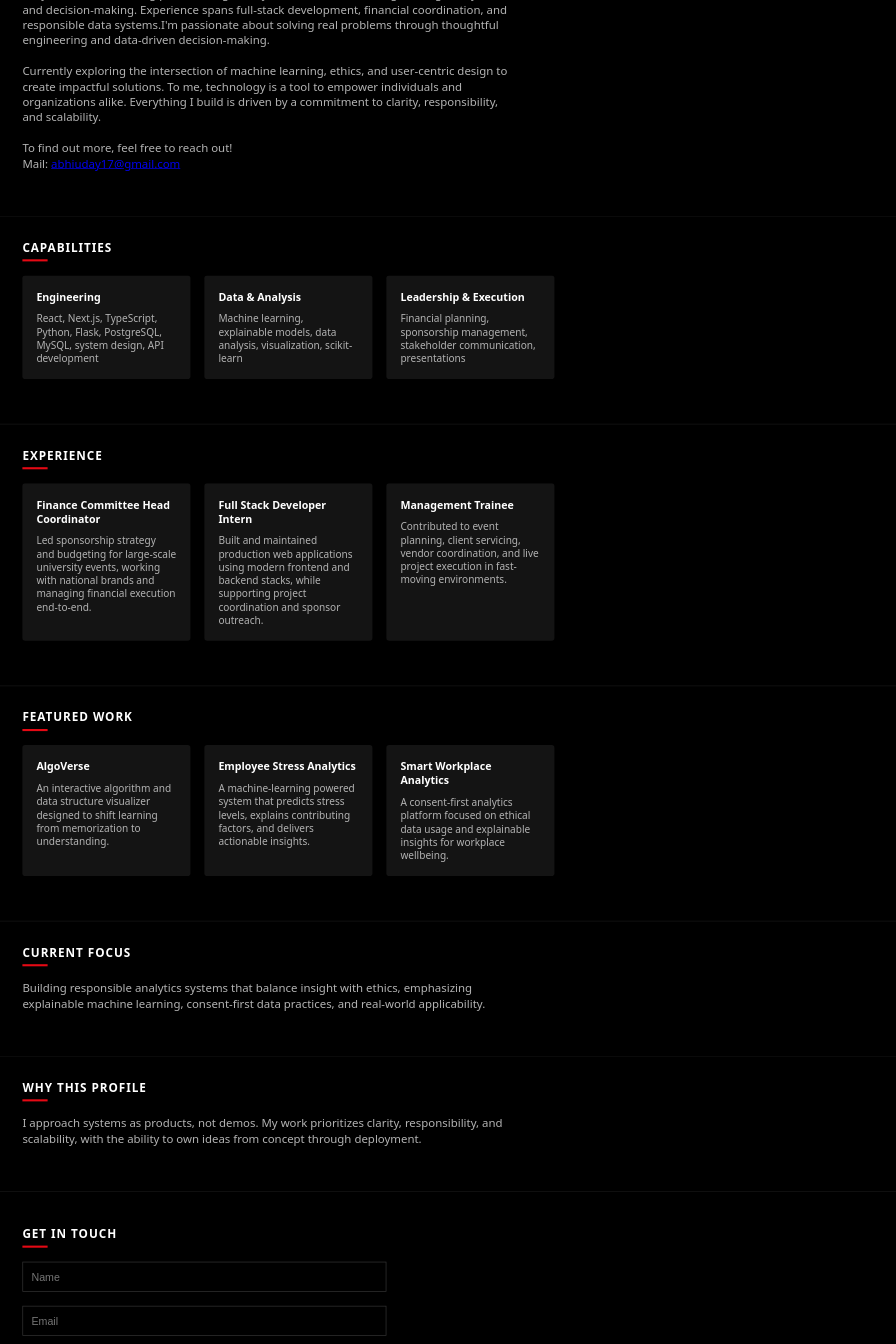
Repository: PratapOP/main-portfolio
Page: / (app in frontend/)
These files come from the project's save history. The page is drawn as it stood at one moment and after the next save; the edit follows.
The browser window is 1280 px wide. The pictures show the part of the page from y = 818 to 2738 px (the page is 2998 px tall before and 3020 px after), at 70% of full size.
The project was rebuilt for these pictures with package versions that can differ from the ones it lists, and the page was loaded fresh each time. Also part of the build but not shown: frontend/vite.config.js.

Above is the page before, as saved 2026-01-01 18:56:58.

### frontend/index.html
<!DOCTYPE html>
<html lang="en">
  <head>
    <meta charset="UTF-8" />

    <!-- Viewport for responsive layout -->
    <meta name="viewport" content="width=device-width, initial-scale=1.0" />

    <!--
      Title intentionally minimal and authoritative.
      This is the first identity signal recruiters see.
    -->
    <title>Abhiuday Pratap Singh</title>

    <!--
      Force dark background before React loads
      Prevents white flash and preserves cinematic feel
    -->
    <style>
      html,
      body {
        margin: 0;
        padding: 0;
        background-color: #0b0b0b;
      }
    </style>
  </head>

  <body>
    <!-- React mounts here -->
    <div id="root"></div>

    <!-- React entry point -->
    <script type="module" src="/src/main.jsx"></script>
  </body>
</html>

### frontend/src/App.jsx
import React, { useEffect } from "react";
import "./styles.css";
import {
  HeroSection,
  AboutSection,
  SkillsSection,
  ExperienceSection,
  ProjectsSection,
  TrendingSection,
  WhyHireMeSection,
  ContactSection
} from "./sections";

function App() {
  useEffect(() => {
    document.documentElement.style.scrollBehavior = "smooth";
  }, []);

  return (
    <div className="app-root">
      <HeroSection />
      <AboutSection />
      <SkillsSection />
      <ExperienceSection />
      <ProjectsSection />
      <TrendingSection />
      <WhyHireMeSection />
      <ContactSection />
    </div>
  );
}

export default App;

### frontend/src/styles.css
    /* ============================================================
    GLOBAL RESET & STREAMING COLOR SYSTEM
    ============================================================ */

    * {
    margin: 0;
    padding: 0;
    box-sizing: border-box;
    }

    :root {
    /* Core streaming palette */
    --bg-primary: #000000;
    --bg-card: #141414;

    --text-primary: #ffffff;
    --text-muted: #b3b3b3;

    --accent: #e50914;

    /* Controlled spacing scale (reduced) */
    --xs: 6px;
    --sm: 12px;
    --md: 20px;
    --lg: 32px;
    --xl: 48px;
    --xxl: 80px;
    }

    html,
    body {
    background-color: var(--bg-primary);
    color: var(--text-primary);
    font-family: system-ui, -apple-system, BlinkMacSystemFont,
        "Segoe UI", Roboto, Helvetica, Arial, sans-serif;

    overflow-x: hidden; /* absolutely no horizontal scroll */
    }

    /* ============================================================
    APP ROOT
    ============================================================ */

    .app-root {
    width: 100%;
    overflow-x: hidden;
    }

    /* ============================================================
    HERO (FEATURED BANNER)
    ============================================================ */

    .hero {
    min-height: 90vh;
    display: flex;
    align-items: center;
    }

    .hero-inner {
    padding-left: var(--lg);
    padding-right: var(--lg);
    max-width: 820px;
    }

    .hero-title {
    font-size: clamp(3rem, 5vw, 4.6rem);
    font-weight: 800;
    letter-spacing: -0.03em;
    margin-bottom: var(--sm);
    }

    .hero-subtitle {
    font-size: 1.05rem;
    color: var(--text-muted);
    max-width: 560px;
    }

    /* ============================================================
    SECTION STRUCTURE (FIXED SPACING)
    ============================================================ */

    .section {
    padding: var(--lg) 0;
    }

    .section-inner {
    padding-left: var(--lg);
    padding-right: var(--lg);
    }

    /* Mobile safety — prevent edge sticking */
    @media (max-width: 768px) {
    .section-inner,
    .hero-inner {
        padding-left: var(--md);
        padding-right: var(--md);
    }
    }

    /* ============================================================
    SECTION TITLES (STREAMING STYLE)
    ============================================================ */

    .section-title {
    font-size: 1.05rem;
    font-weight: 600;
    letter-spacing: 0.08em;
    text-transform: uppercase;

    color: var(--text-primary);
    margin-bottom: var(--md);
    position: relative;
    }

    .section-title::after {
    content: "";
    display: block;
    width: 36px;
    height: 3px;
    background-color: var(--accent);
    margin-top: var(--xs);
    }

    /* ============================================================
    TEXT BLOCKS
    ============================================================ */

    .section-text {
    max-width: 700px;
    font-size: 1.02rem;
    color: var(--text-muted);
    margin-bottom: var(--lg);
    }

    /* ============================================================
    STREAMING ROWS (HORIZONTAL)
    ============================================================ */

    .row {
    display: flex;
    gap: var(--md);
    overflow-x: auto;

    padding-left: var(--lg);
    padding-right: var(--lg);
    padding-bottom: var(--lg);

    scroll-snap-type: x mandatory;
    overscroll-behavior-x: contain;
    }

    .row::-webkit-scrollbar {
    display: none;
    }

    /* ============================================================
    CARDS (CONTENT TILES)
    ============================================================ */

    .card {
    background-color: var(--bg-card);
    min-width: 240px;
    max-width: 240px;

    padding: var(--md);
    border-radius: 4px;

    scroll-snap-align: start;

    transition:
        transform 0.25s ease,
        box-shadow 0.25s ease;
    }

    .card h3 {
    font-size: 0.95rem;
    font-weight: 600;
    margin-bottom: var(--sm);
    }

    .card p {
    font-size: 0.9rem;
    color: var(--text-muted);
    }

    /* Hover — sharp, not floaty */
    .card:hover {
    transform: scale(1.06);
    box-shadow: 0 16px 32px rgba(0, 0, 0, 0.7);
    z-index: 2;
    }

    /* ============================================================
    CONTACT SECTION
    ============================================================ */

    .contact {
    padding-top: var(--xl);
    padding-bottom: var(--xxl);
    }

    .contact-form {
    max-width: 520px;
    display: flex;
    flex-direction: column;
    gap: var(--md);
    }

    .contact-form input,
    .contact-form textarea {
    background-color: #000000;
    border: 1px solid #333333;
    color: var(--text-primary);

    padding: var(--sm);
    font-size: 0.95rem;
    }

    .contact-form input:focus,
    .contact-form textarea:focus {
    outline: none;
    border-color: var(--accent);
    }

    .contact-form button {
    margin-top: var(--sm);
    background-color: var(--accent);
    color: #ffffff;

    border: none;
    padding: var(--sm);
    font-size: 0.95rem;
    cursor: pointer;

    transition: opacity 0.2s ease;
    }

    .contact-form button:hover {
    opacity: 0.85;
    }

    /* ============================================================
    FINAL SECTION SEPARATION (SUBTLE)
    ============================================================ */

    .section:not(:first-of-type) {
    border-top: 1px solid rgba(255, 255, 255, 0.08);
    }

### frontend/src/sections.jsx
    /**
     * ============================================================
     * sections.jsx — Sections with Titles & Hierarchy
     * ============================================================
     */

    import React from "react";
    import { motion } from "framer-motion";
    import {
    sectionFade,
    staggerContainer,
    cardFade
    } from "./motion";

    /* ============================================================
    FEATURED
    ============================================================ */

    export function HeroSection() {
    return (
        <motion.section
        className="section hero"
        variants={sectionFade}
        initial="hidden"
        animate="visible"
        >
        <div className="hero-inner">
            <h1 className="hero-title">Abhiuday Pratap Singh</h1>
            <p className="hero-subtitle">
            Think System, Not People.
            <br />
            </p>
        </div>
        </motion.section>
    );
    }

    /* ============================================================
    POSITIONING
    ============================================================ */

    export function AboutSection() {
    return (
        <motion.section
        className="section"
        variants={sectionFade}
        initial="hidden"
        whileInView="visible"
        viewport={{ once: true }}
        >
        <div className="section-inner">
            <h2 className="section-title">Positioning</h2>
            <p className="section-text">
            Currently doing Bachelors in Information Technology at Jaypee University
            of Information Technology
            <br/><br/>
            Fully focused on building production-grade
            systems that combine engineering, analytics, and decision-making.
            Experience spans full-stack development, financial coordination,
            and responsible data systems.I'm passionate about solving real problems through thoughtful engineering and data-driven decision-making.
            <br/><br/>
            Currently exploring the intersection of machine learning, ethics, and user-centric design to create impactful solutions.
            To me, technology is a tool to empower individuals and organizations alike.
            Everything I build is driven by a commitment to clarity, responsibility, and scalability.
            <br/><br/>
            To find out more, feel free to reach out!
            <br/>
            Mail: <a href="mailto:abhiuday17@gmail.com">abhiuday17@gmail.com</a>
            <br/>

            </p>
        </div>
        </motion.section>
    );
    }

    /* ============================================================
    CAPABILITIES
    ============================================================ */

    export function SkillsSection() {
    const skills = [
        {
        title: "Engineering",
        text:
            "React, Next.js, TypeScript, Python, Flask, PostgreSQL, MySQL, system design, API development"
        },
        {
        title: "Data & Analysis",
        text:
            "Machine learning, explainable models, data analysis, visualization, scikit-learn"
        },
        {
        title: "Leadership & Execution",
        text:
            "Financial planning, sponsorship management, stakeholder communication, presentations"
        }
    ];

    return (
        <motion.section
        className="section"
        variants={sectionFade}
        initial="hidden"
        whileInView="visible"
        viewport={{ once: true }}
        >
        <div className="section-inner">
            <h2 className="section-title">Capabilities</h2>
        </div>

        <motion.div
            className="row"
            variants={staggerContainer}
            initial="hidden"
            whileInView="visible"
            viewport={{ once: true }}
        >
            {skills.map((item, index) => (
            <motion.div className="card" variants={cardFade} key={index}>
                <h3>{item.title}</h3>
                <p>{item.text}</p>
            </motion.div>
            ))}
        </motion.div>
        </motion.section>
    );
    }

    /* ============================================================
    EXPERIENCE
    ============================================================ */

    export function ExperienceSection() {
    const roles = [
        {
        title: "Finance Committee Head Coordinator",
        text:
            "Led sponsorship strategy and budgeting for large-scale university events, working with national brands and managing financial execution end-to-end."
        },
        {
        title: "Full Stack Developer Intern",
        text:
            "Built and maintained production web applications using modern frontend and backend stacks, while supporting project coordination and sponsor outreach."
        },
        {
        title: "Management Trainee",
        text:
            "Contributed to event planning, client servicing, vendor coordination, and live project execution in fast-moving environments."
        }
    ];

    return (
        <motion.section
        className="section"
        variants={sectionFade}
        initial="hidden"
        whileInView="visible"
        viewport={{ once: true }}
        >
        <div className="section-inner">
            <h2 className="section-title">Experience</h2>
        </div>

        <motion.div
            className="row"
            variants={staggerContainer}
            initial="hidden"
            whileInView="visible"
            viewport={{ once: true }}
        >
            {roles.map((item, index) => (
            <motion.div className="card" variants={cardFade} key={index}>
                <h3>{item.title}</h3>
                <p>{item.text}</p>
            </motion.div>
            ))}
        </motion.div>
        </motion.section>
    );
    }

    /* ============================================================
    PROJECTS
    ============================================================ */

    export function ProjectsSection() {
    const projects = [
        {
        title: "AlgoVerse",
        text:
            "An interactive algorithm and data structure visualizer designed to shift learning from memorization to understanding."
        },
        {
        title: "Employee Stress Analytics",
        text:
            "A machine-learning powered system that predicts stress levels, explains contributing factors, and delivers actionable insights."
        },
        {
        title: "Smart Workplace Analytics",
        text:
            "A consent-first analytics platform focused on ethical data usage and explainable insights for workplace wellbeing."
        }
    ];

    return (
        <motion.section
        className="section"
        variants={sectionFade}
        initial="hidden"
        whileInView="visible"
        viewport={{ once: true }}
        >
        <div className="section-inner">
            <h2 className="section-title">Featured Work</h2>
        </div>

        <motion.div
            className="row"
            variants={staggerContainer}
            initial="hidden"
            whileInView="visible"
            viewport={{ once: true }}
        >
            {projects.map((item, index) => (
            <motion.div className="card" variants={cardFade} key={index}>
                <h3>{item.title}</h3>
                <p>{item.text}</p>
            </motion.div>
            ))}
        </motion.div>
        </motion.section>
    );
    }

    /* ============================================================
    CURRENT FOCUS
    ============================================================ */

    export function TrendingSection() {
    return (
        <motion.section
        className="section"
        variants={sectionFade}
        initial="hidden"
        whileInView="visible"
        viewport={{ once: true }}
        >
        <div className="section-inner">
            <h2 className="section-title">Current Focus</h2>
            <p className="section-text">
            Building responsible analytics systems that balance insight with ethics,
            emphasizing explainable machine learning, consent-first data practices,
            and real-world applicability.
            </p>
        </div>
        </motion.section>
    );
    }

    /* ============================================================
    WHY THIS PROFILE
    ============================================================ */

    export function WhyHireMeSection() {
    return (
        <motion.section
        className="section"
        variants={sectionFade}
        initial="hidden"
        whileInView="visible"
        viewport={{ once: true }}
        >
        <div className="section-inner">
            <h2 className="section-title">Why This Profile</h2>
            <p className="section-text">
            I approach systems as products, not demos. My work prioritizes clarity,
            responsibility, and scalability, with the ability to own ideas from
            concept through deployment.
            </p>
        </div>
        </motion.section>
    );
    }

    /* ============================================================
    CONTACT
    ============================================================ */

    export function ContactSection() {
    return (
        <motion.section
        className="section contact"
        variants={sectionFade}
        initial="hidden"
        whileInView="visible"
        viewport={{ once: true }}
        >
        <div className="section-inner">
            <h2 className="section-title">Get in Touch</h2>
            <form className="contact-form">
            <input type="text" placeholder="Name" />
            <input type="email" placeholder="Email" />
            <textarea placeholder="Message" rows="4" />
            <button type="submit">Send</button>
            </form>
        </div>
        </motion.section>
    );
    }

### frontend/src/motion.js
    /**
     * ============================================================
     * motion.js — Centralized Motion Presets
     * ============================================================
     *
     * Responsibilities:
     * - Define reusable animation variants
     * - Keep motion subtle, slow, and cinematic
     * - Avoid per-component animation duplication
     *
     * Framer Motion is used intentionally and sparingly.
     * ============================================================
     */

    /* ============================================================
    Section Fade-In (used when section enters viewport)
    ============================================================ */

    export const sectionFade = {
    hidden: {
        opacity: 0,
        y: 40
    },
    visible: {
        opacity: 1,
        y: 0,
        transition: {
        duration: 0.8,
        ease: [0.22, 1, 0.36, 1] // smooth, cinematic easing
        }
    }
    };

    /* ============================================================
    Card Stagger Container
    ============================================================ */

    export const staggerContainer = {
    hidden: {},
    visible: {
        transition: {
        staggerChildren: 0.12
        }
    }
    };

    /* ============================================================
    Individual Card Animation
    ============================================================ */

    export const cardFade = {
    hidden: {
        opacity: 0,
        y: 20
    },
    visible: {
        opacity: 1,
        y: 0,
        transition: {
        duration: 0.6,
        ease: [0.22, 1, 0.36, 1]
        }
    }
    };

Loaded but not shown: frontend/src/main.jsx (common file)

After the next save:
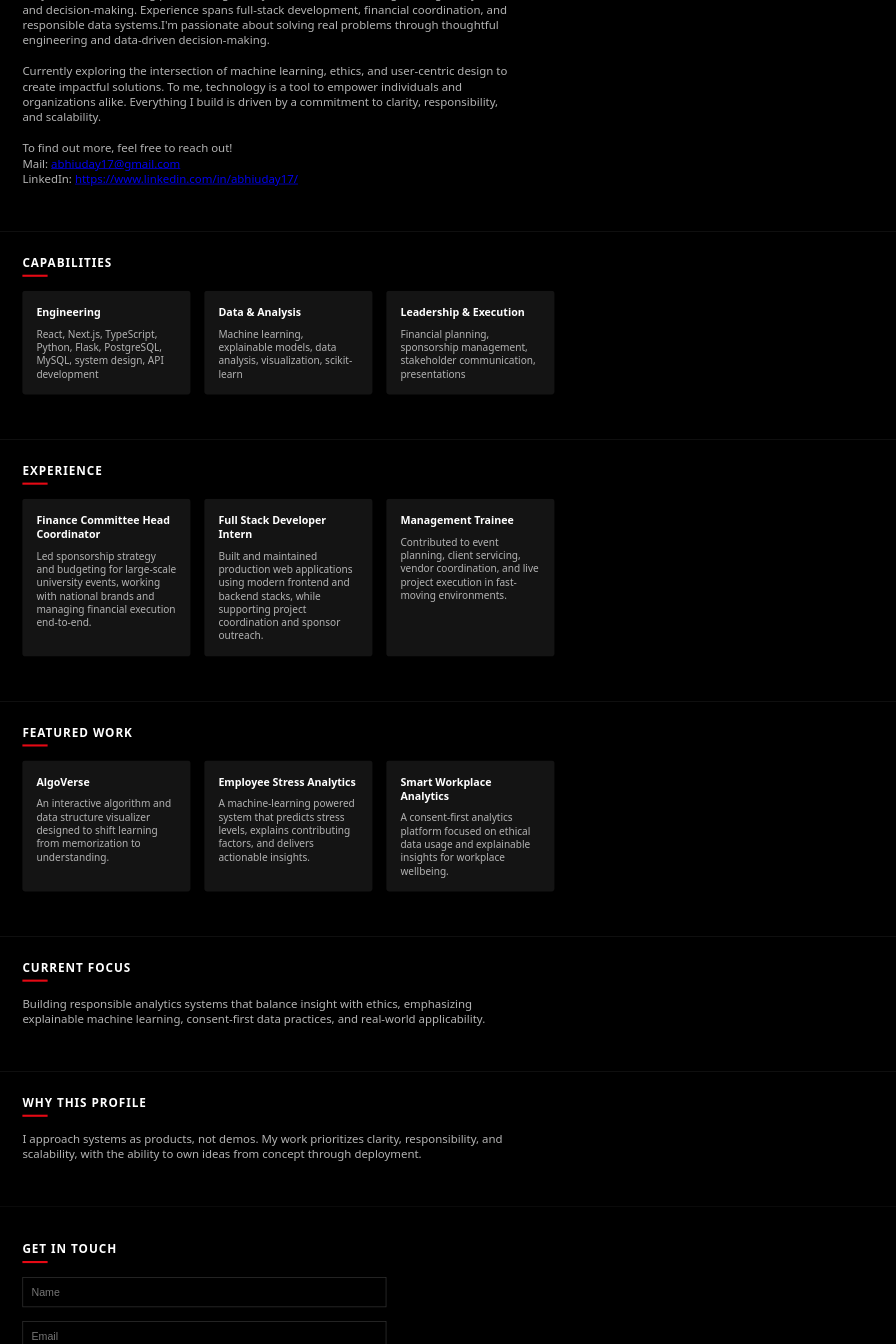
Saved 6 s later.
--- a/frontend/src/sections.jsx
+++ b/frontend/src/sections.jsx
@@ -67,7 +67,7 @@
             <br/>
             Mail: <a href="mailto:abhiuday17@gmail.com">abhiuday17@gmail.com</a>
             <br/>
-
+            LinkedIn: <a href="https://www.linkedin.com/in/abhiuday17/">https://www.linkedin.com/in/abhiuday17/</a>
             </p>
         </div>
         </motion.section>
